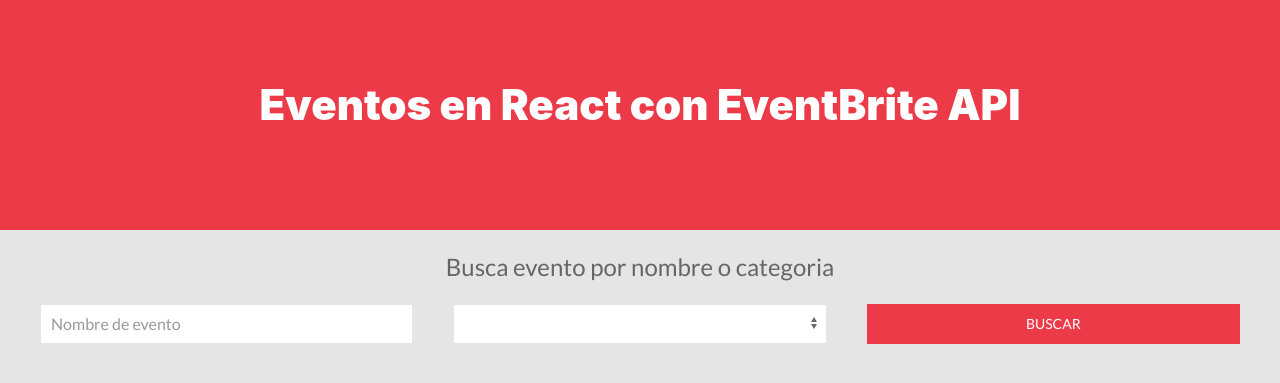
Repository: harrycampaz/eventos-reactjs
Page: /
The author's editor kept a copy of each file at every save. The page is drawn from the files as they stood at one save, then again after the next save.
The browser window is 1280 px wide. The pictures show the whole page.
The page's requests for data from a server got no answer. Some web libraries are served in a nearby version. The project was rebuilt for these pictures with package versions that can differ from the ones it lists, and the page was loaded fresh each time. No one was signed in, and anything a server would have sent is missing.

Above is the page before, as saved 2020-01-17 16:40:20.

After the next save:
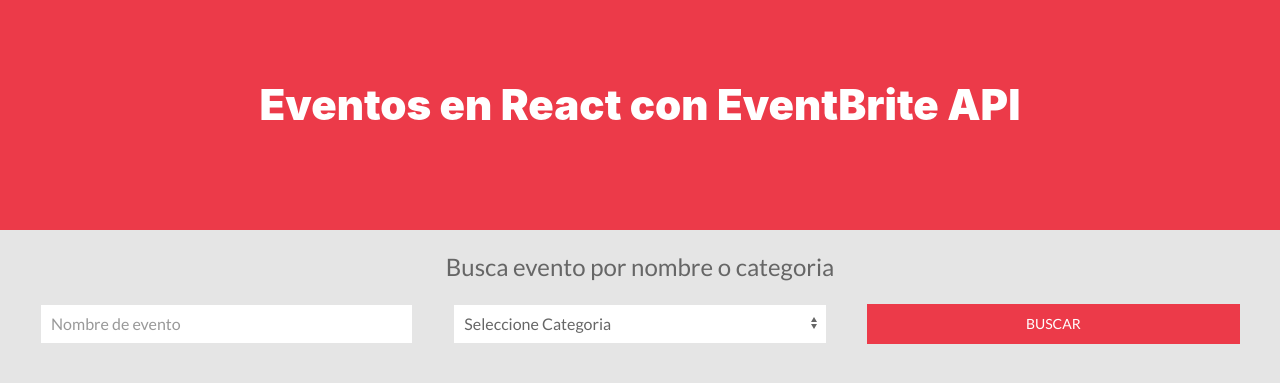
Saved 2 min 36 s later.
--- a/src/components/Search.js
+++ b/src/components/Search.js
@@ -39,6 +39,7 @@
           <div className="uk-margin" uk-margin="true">
             <select className="uk-select" name="category"
             onChange = {this.getEvento}>
+                <option value="">Seleccione Categoria</option>
               <CategoriesConsumer>
                 {value => {
                   return value.categories.map(category => (
